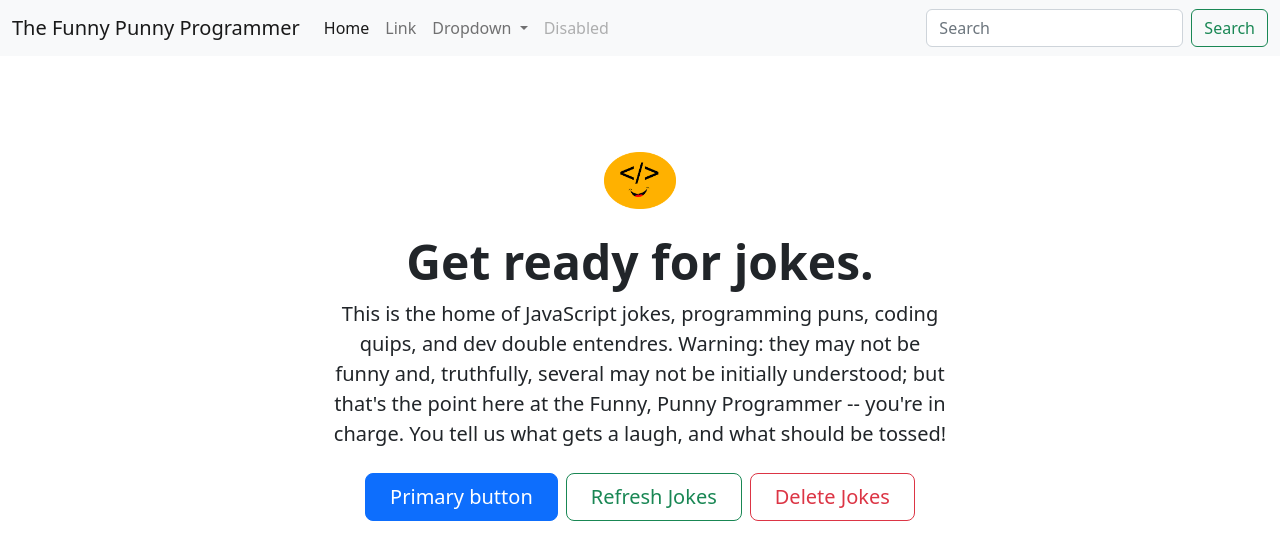
Repository: annferracane/phase-1-personal-project
Page: index.html
These files come from the project's save history. The page is drawn as it stood at one moment and after a run of saves; the edit follows.
The browser window is 1280 px wide. The pictures show the whole page.
The page's requests for data from a server got no answer.

Above is the page before, as saved 2022-12-08 11:39:22.

After the next 2 saves:
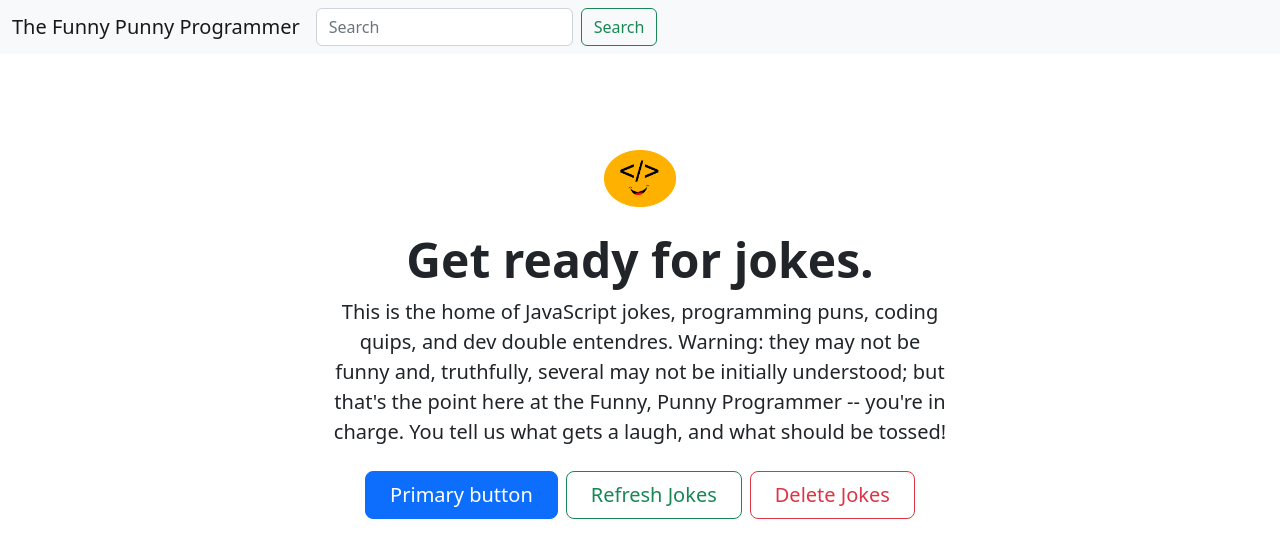
The 2 saves are shown as one change because they came seconds apart.
The last was saved 101 s later.
--- a/index.html
+++ b/index.html
@@ -17,28 +17,6 @@
                 <span class="navbar-toggler-icon"></span>
               </button>
               <div class="collapse navbar-collapse" id="navbarSupportedContent">
-                <ul class="navbar-nav me-auto mb-2 mb-lg-0">
-                  <li class="nav-item">
-                    <a class="nav-link active" aria-current="page" href="#">Home</a>
-                  </li>
-                  <li class="nav-item">
-                    <a class="nav-link" href="#">Link</a>
-                  </li>
-                  <li class="nav-item dropdown">
-                    <a class="nav-link dropdown-toggle" href="#" role="button" data-bs-toggle="dropdown" aria-expanded="false">
-                      Dropdown
-                    </a>
-                    <ul class="dropdown-menu">
-                      <li><a class="dropdown-item" href="#">Action</a></li>
-                      <li><a class="dropdown-item" href="#">Another action</a></li>
-                      <li><hr class="dropdown-divider"></li>
-                      <li><a class="dropdown-item" href="#">Something else here</a></li>
-                    </ul>
-                  </li>
-                  <li class="nav-item">
-                    <a class="nav-link disabled">Disabled</a>
-                  </li>
-                </ul>
                 <form class="d-flex" role="search">
                   <input class="form-control me-2" type="search" placeholder="Search" aria-label="Search">
                   <button class="btn btn-outline-success" type="submit">Search</button>
